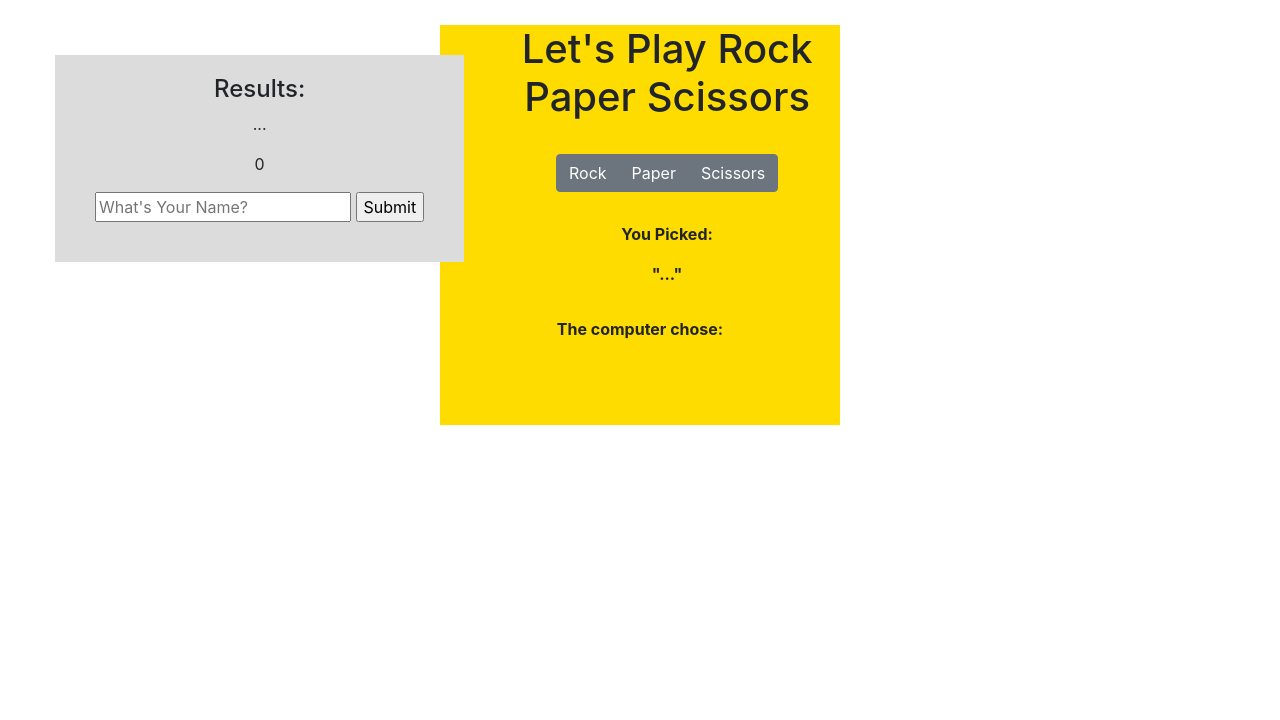
Repository: mskurnickcode/coupleDo
Page: http://localhost/
The author's editor kept a record of every edit. The page is drawn from the files as they stood at one moment, then again after the next edit.
The browser window is 1280 px wide. The pictures show the whole page.
The page is served by the project's application, run on Flask 3 (Rock/application.py).

Above is the page before.

After the next edit:
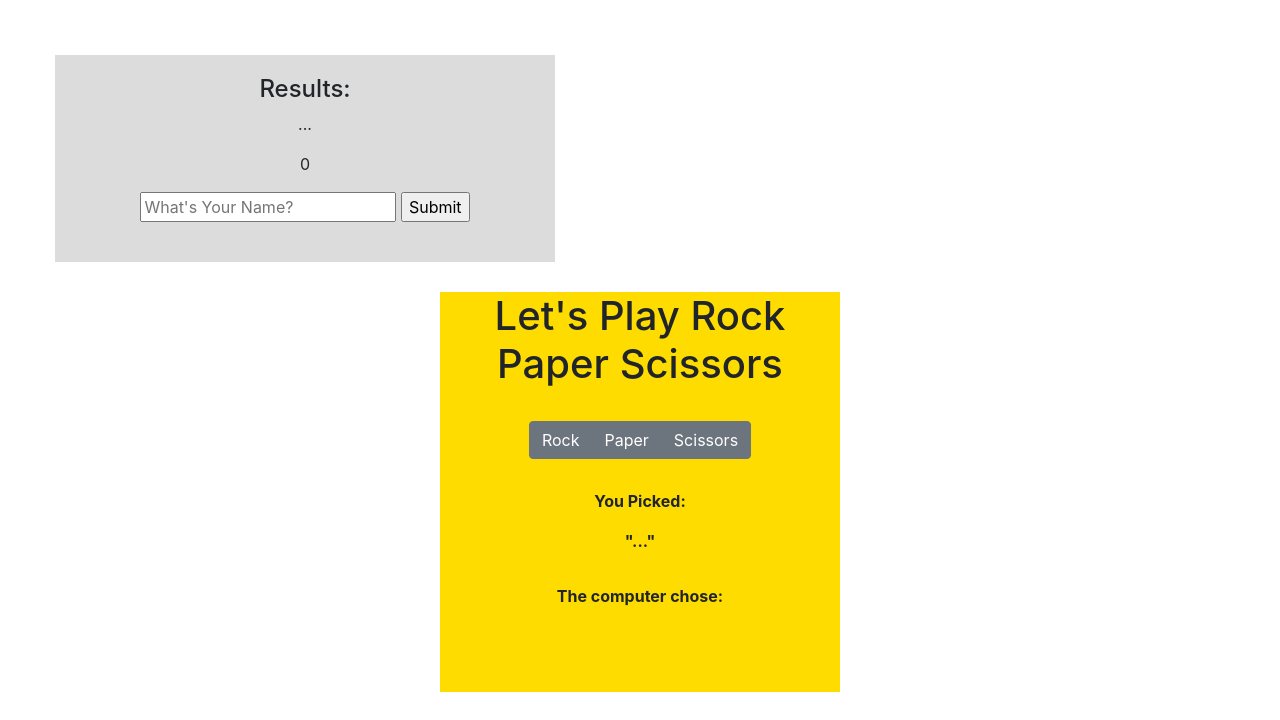
The edit:
--- a/ubuntu/Rock/static/css_image/styles.css
+++ b/ubuntu/Rock/static/css_image/styles.css
@@ -36,7 +36,7 @@
 }
 
 .resultBox {
-  float: left;
+  float: inline;
   background-color:	#DCDCDC;
   margin: 30px;
   padding: 20px 40px 40px;
